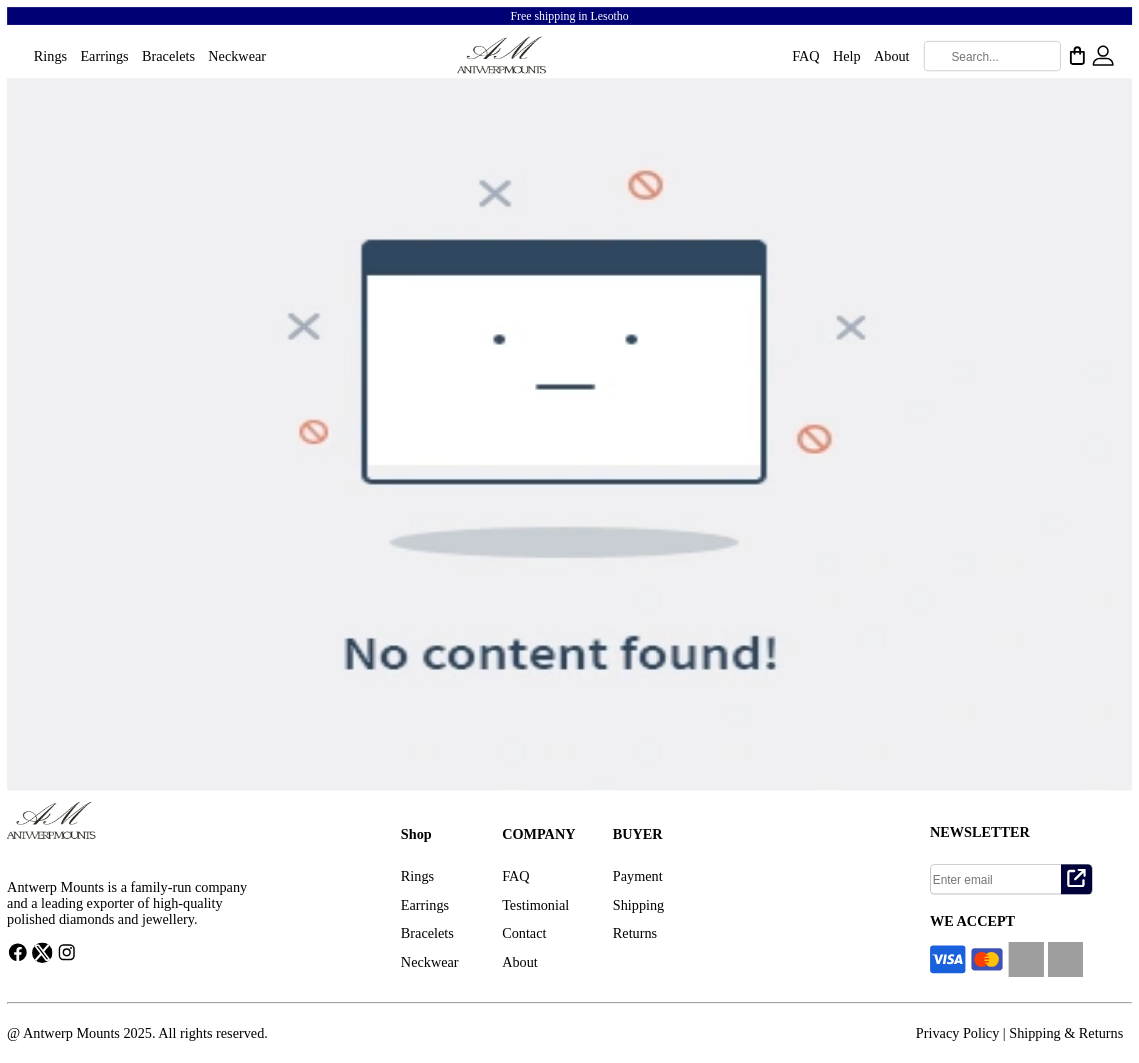
Repository: kea-0424/Web-Development-Project-1
Page: First_collaboration/JewelarySite.html
These files come from the project's save history. The page is drawn as it stood at one moment and after a run of saves; the edit follows.
The browser window is 1280 px wide. The pictures show the whole page, at 89% of full size.
Pictures or frames that could not be fetched are drawn as grey boxes.

Above is the page before, as saved 2025-01-23 10:56:41.

After the next 3 saves:
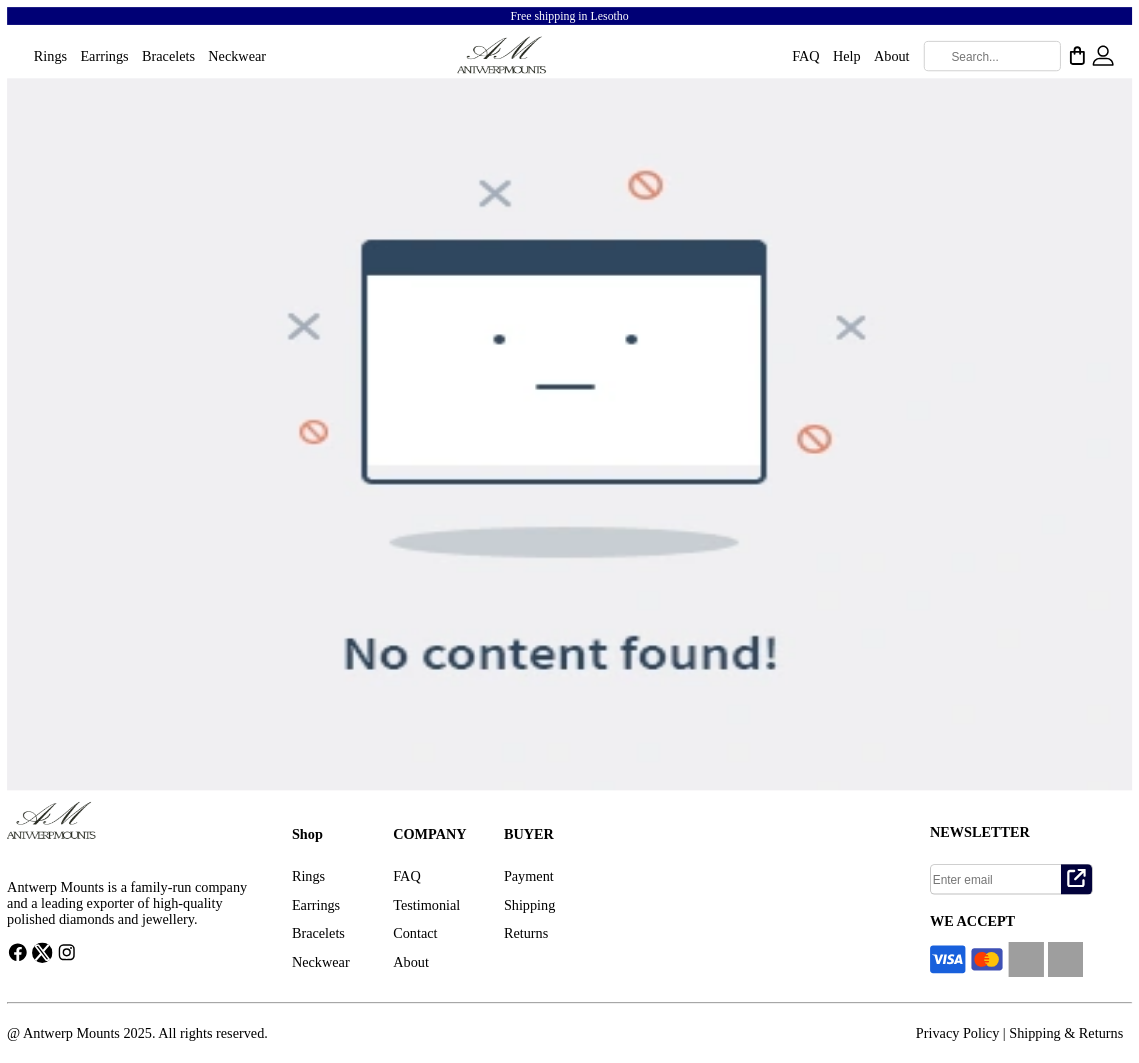
The 3 saves are shown as one change because they came seconds apart.
The last was saved 12 min 22 s later.
--- a/First_collaboration/JewelarySite.css
+++ b/First_collaboration/JewelarySite.css
@@ -111,7 +111,7 @@ main,.No_Content {
     /*border: 1px solid red;*/
     display: inline-block;
     position: absolute;
-    left: 35%;
+    left: 320px;
     top: 20px;
 box-sizing: border-box;
 }
